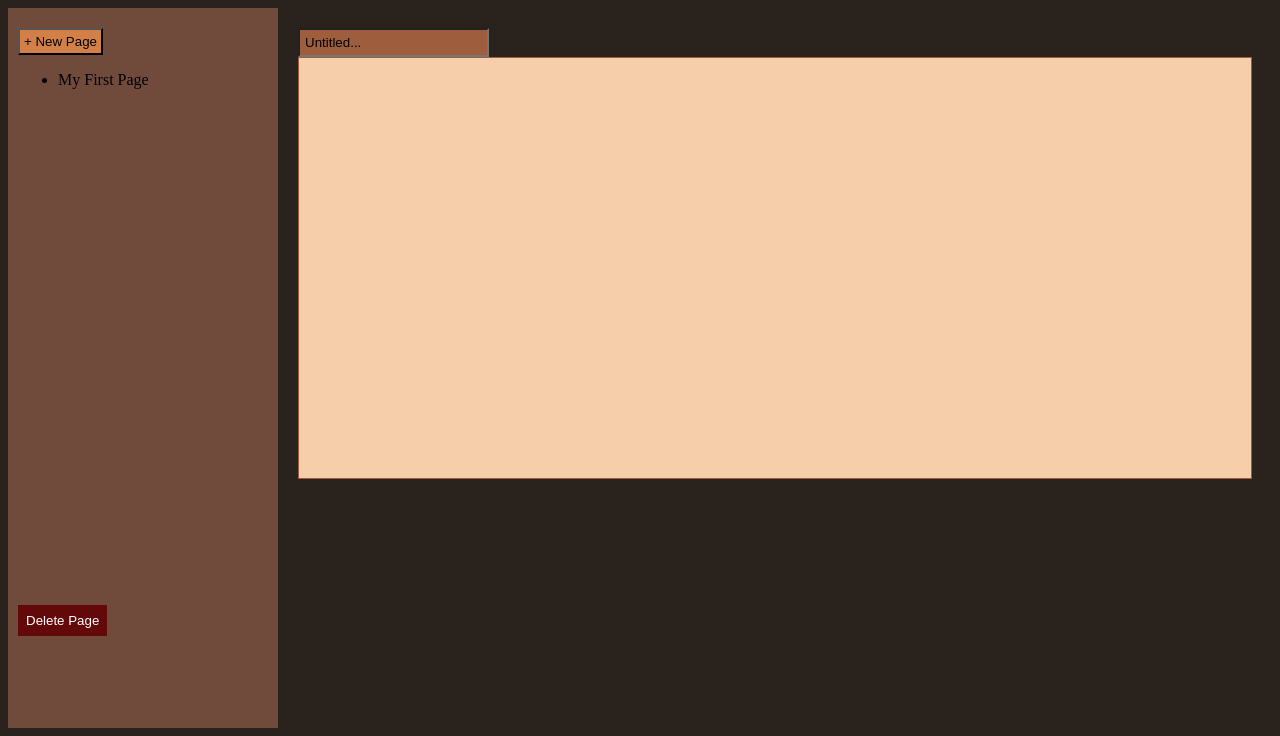
Repository: Dharshinimk-521/notes-app
Page: index.html
The author's editor kept a copy of each file at every save. The page is drawn from the files as they stood at one save, then again after the next save.
The browser window is 1280 px wide. The pictures show the whole page.

Above is the page before, as saved 2026-04-18 22:10:01.

### index.html
<!DOCTYPE html>
<html lang="en">
    <head>
        <meta charset="UTF-8">
        <meta name="viewport" content="width=device-width, initial-scale=1.0">
        <title>Notes App</title>
        <link rel="stylesheet" href="style.css">
        <script src="app.js" defer></script>
    </head>
    <body>
    <div class="app">

        <aside class="sidebar">
        <button id="newPageBtn">+ New Page</button>
        <ul id="pageList"></ul>
        <button id="deletePageBtn"> Delete Page</button>
        </aside>

        <main class="editor">
        <input id="pageTitle" placeholder="Untitled..." />
        <div id="editorArea" contenteditable="true"></div>
        </main>

    </div>


    </body>
</html>

### style.css
body{
    background-color: #29221D;
}
.app {
  margin: 0;
  display: flex;
  height: 100vh;

}

.sidebar {
  width: 250px;
  background: #704B3C;
  padding: 10px;
}

.editor {
  flex: 1;
  padding: 20px;
}

#editorArea {
  min-height: 400px;
  background-color: #F6CEA9;
  border: 1px solid #9E5E3D;
  padding: 10px;
}
#newPageBtn{
 background-color: #D28048;
 padding: 4px;
 margin-top: 10px;
 cursor:pointer;
}
#pageTitle{
    padding:5px;
    background-color: #9E5E3D;
    color: black;
}
::placeholder{
    color:black;
    opacity: 1
}
#deletePageBtn {
    margin-top: 500px;
  margin-bottom: 90px;
  background: #630909;
  color: white;
  border: none;
  padding: 8px;
  cursor: pointer;
}

### app.js
// Load pages from localStorage OR use default
let pages = JSON.parse(localStorage.getItem("pages")) || [
  {
    id: "123",
    title: "My First Page",
    content: "<p>Hello world</p>"
  }
];

let currentPageId = null;

// Save all pages
function savePages() {
  localStorage.setItem("pages", JSON.stringify(pages));
}

// Create new page
function createPage() {
  const newPage = {
    id: Date.now().toString(),
    title: "Untitled",
    content: ""
  };

  pages.push(newPage);
  savePages();
  renderPages();
  openPage(newPage.id);
}

// Render sidebar
function renderPages() {
  const pageList = document.getElementById("pageList");
  pageList.innerHTML = "";

  pages.forEach((page) => {
    const li = document.createElement("li");
    li.textContent = page.title;

    if (page.id === currentPageId) {
      li.style.background = "#ddd";
      li.style.cursor = "pointer";
      li.style.textDecoration= 'underline';
    }

    li.onclick = () => openPage(page.id);

    pageList.appendChild(li);
  });
}

// Open page
function openPage(id) {
    console.log("Opening page:", id);
  const page = pages.find(p => p.id === id);
  currentPageId = id;

  if (!page) return;

  document.getElementById("pageTitle").value = page.title;
  document.getElementById("editorArea").innerHTML = page.content;
}

// Auto save current page
function saveCurrentPage() {
  const page = pages.find(p => p.id === currentPageId);
  if (!page) return;

  page.title = document.getElementById("pageTitle").value;
  page.content = document.getElementById("editorArea").innerHTML;

  savePages();
}
//del func
function deleteCurrentPage() {
  if (!currentPageId) return;

  const confirmDelete = confirm("Delete this page?");
  if (!confirmDelete) return;

  pages = pages.filter(p => p.id !== currentPageId);

  savePages();
  renderPages();

  if (pages.length > 0) {
    openPage(pages[0].id);
  } else {
    currentPageId = null;
    document.getElementById("pageTitle").value = "";
    document.getElementById("editorArea").innerHTML = "";
  }
}
// Event listeners
document.getElementById("newPageBtn").onclick = createPage;
document.getElementById("editorArea").addEventListener("input", saveCurrentPage);
document.getElementById("pageTitle").addEventListener("input", saveCurrentPage);
document.getElementById("deletePageBtn").onclick = deleteCurrentPage;
// Initial render
renderPages();

After the next save:
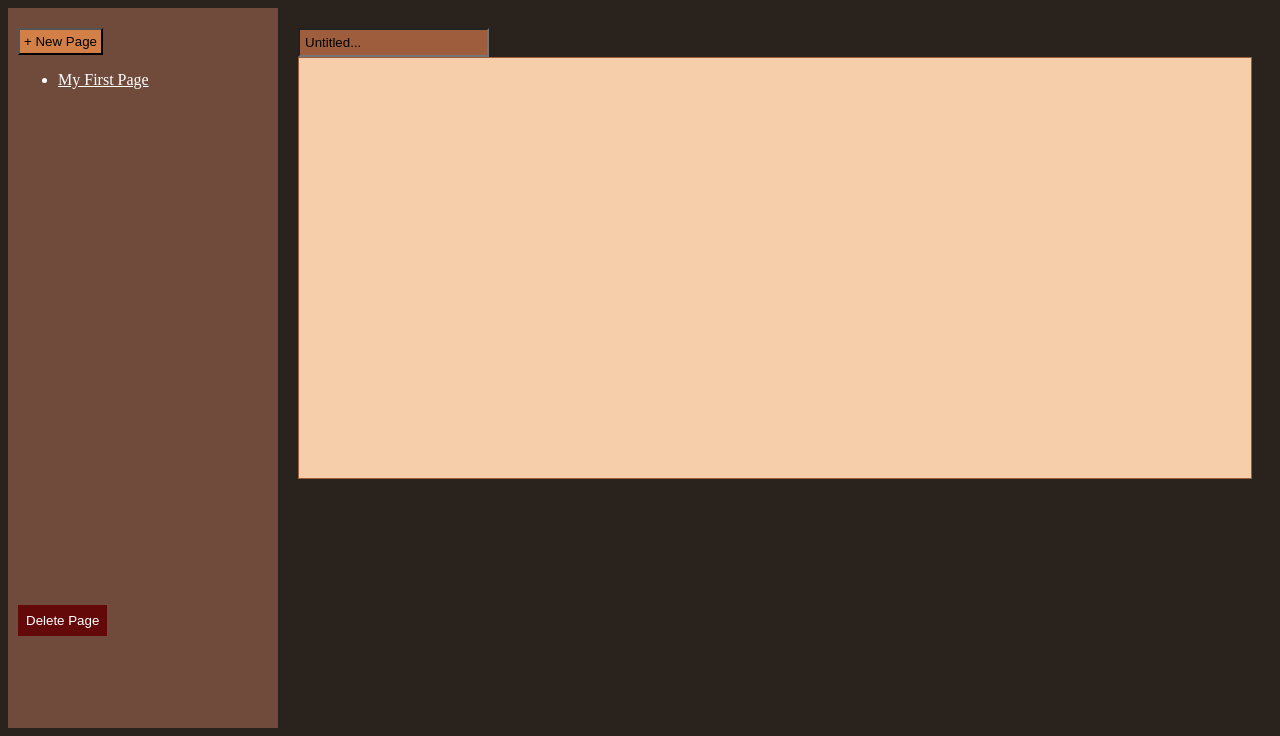
Saved 102 s later.
--- a/style.css
+++ b/style.css
@@ -49,3 +49,8 @@ body{
   padding: 8px;
   cursor: pointer;
 }
+#pageList{
+    text-decoration: underline;
+    color:white;
+    cursor: pointer;
+}
--- a/app.js
+++ b/app.js
@@ -39,8 +39,7 @@ function renderPages() {
 
     if (page.id === currentPageId) {
       li.style.background = "#ddd";
-      li.style.cursor = "pointer";
-      li.style.textDecoration= 'underline';
+
     }
 
     li.onclick = () => openPage(page.id);
